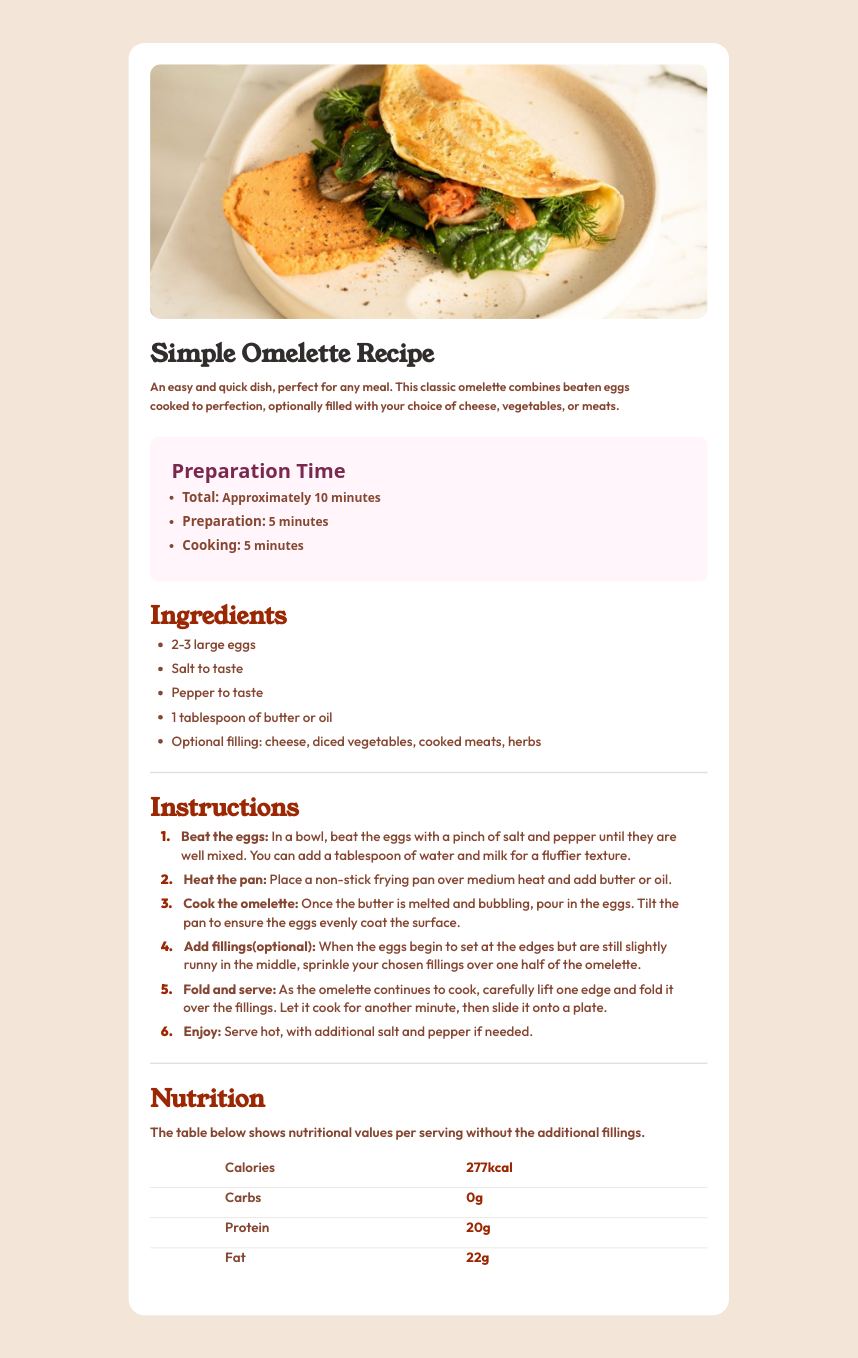
Repository: nivrii/recipe-page-main
Page: /
These files come from the project's save history. The page is drawn as it stood at one moment and after the next save; the edit follows.
The browser window is 1280 px wide. The pictures show the whole page, at 67% of full size.
The project was rebuilt for these pictures with package versions that can differ from the ones it lists, and the page was loaded fresh each time. Also part of the build but not shown: vite.config.js, src/index.css.

Above is the page before, as saved 2024-03-27 13:12:47.

After the next save:
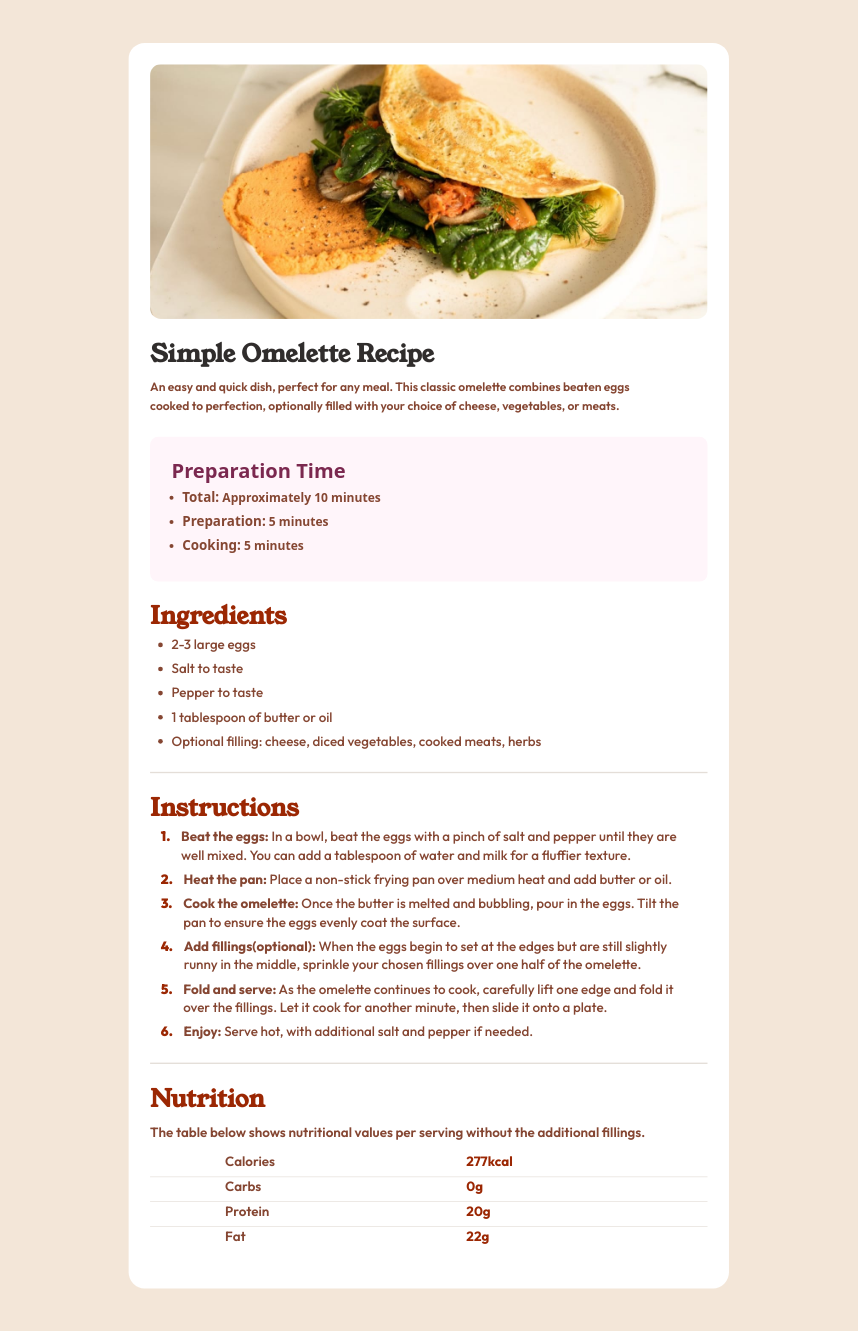
Saved 23 s later.
--- a/src/Nutrition.jsx
+++ b/src/Nutrition.jsx
@@ -8,7 +8,7 @@ export function Nutrition() {
         The table below shows nutritional values per serving without the
         additional fillings.
       </p>
-      <div className="flex flex-col  divide-y divide-lightGrey font-outfit md:text-xl">
+      <div className="divide-y divide-lightGrey font-outfit md:text-xl">
         <div className="flex flex-row my-2 text-left ">
           <p className="basis-1/2 text-nutmeg font-semibold ml-12 md:ml-28">
             Calories
@@ -19,7 +19,7 @@ export function Nutrition() {
           <p className="basis-1/2 text-nutmeg font-semibold ml-12 md:ml-28">
             Carbs
           </p>
-          <p className="basis-1/2 text-nutmegLight font-bold inline-block align-middle">0g</p>
+          <p className="basis-1/2 text-nutmegLight font-bold">0g</p>
         </div>
         <div className="flex flex-row my-2 text-left">
           <p className="basis-1/2 text-nutmeg font-semibold ml-12 md:ml-28">
